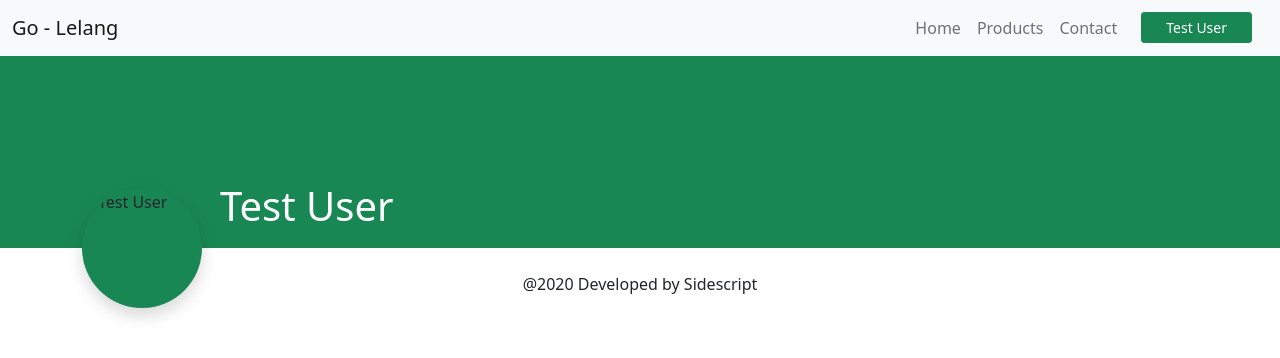
Repository: khulqu15/Go---Lelalng
Page: http://localhost/profile
An editor plug-in stored every save of this project. The page is shown before and after the next save, followed by the edit.
The browser window is 1280 px wide. The pictures show the whole page.
The page is served by the project's Laravel application, run on PHP 8.4 with Laravel 8. A made-up administrator, Test User (test@example.com), is signed in. Other server files are loaded and not shown.

Above is the page before, as saved 2021-02-22 20:23:00.

### routes/web.php
<?php

use App\Http\Controllers\DashboardController;
use App\Http\Controllers\PageController;
use App\Http\Controllers\UserController;
use Illuminate\Support\Facades\Route;

/*
|--------------------------------------------------------------------------
| Web Routes
|--------------------------------------------------------------------------
|
| Here is where you can register web routes for your application. These
| routes are loaded by the RouteServiceProvider within a group which
| contains the "web" middleware group. Now create something great!
|
*/

Route::get('/', [PageController::class, 'home'])->name('home');
Route::get('products', [PageController::class, 'products'])->name('products');
Route::get('product/{id}', [PageController::class, 'product'])->name('product');
Route::get('contact', [PageController::class, 'contact'])->name('contact');
Route::get('login', [PageController::class, 'login'])->name('login');
Route::get('register', [PageController::class, 'register'])->name('register');
Route::post('contact', [UserController::class, 'contactUs'])->name('contact.us');
Route::post('register', [UserController::class, 'register'])->name('register.post');
Route::post('login', [UserController::class, 'login'])->name('login.post');

Route::get('profile', [PageController::class, 'profile'])->name('profile');

Route::group(['middleware' => ['userDashboard']], function() {
    Route::get('dashboard', [DashboardController::class, 'index'])->name('dashboard');
    Route::get('dashboard/product', [DashboardController::class, 'product'])->name('dashboard.product');
    Route::get('dashboard/user', [DashboardController::class, 'user'])->name('dashboard.user');
    Route::get('dashboard/auction', [DashboardController::class, 'auction'])->name('dashboard.auction');
});

### app/Models/User.php
<?php

namespace App\Models;

use Illuminate\Contracts\Auth\MustVerifyEmail;
use Illuminate\Database\Eloquent\Factories\HasFactory;
use Illuminate\Foundation\Auth\User as Authenticatable;
use Illuminate\Notifications\Notifiable;
use Illuminate\Support\Facades\Hash;

class User extends Authenticatable
{
    use HasFactory, Notifiable;

    /**
     * The attributes that are mass assignable.
     *
     * @var array
     */
    protected $fillable = [
        'name',
        'email',
        'password',
    ];

    /**
     * The attributes that should be hidden for arrays.
     *
     * @var array
     */
    protected $hidden = [
        'password',
        'remember_token',
    ];

    /**
     * The attributes that should be cast to native types.
     *
     * @var array
     */
    protected $casts = [
        'email_verified_at' => 'datetime',
    ];

    public function Like()
    {
        return $this->hasMany(Like::class, 'user_id');
    }

    public function Auction()
    {
        return $this->hasMany(Auction::class, 'user_id');
    }

    public function isAdmin()
    {
        if($this->level == 'client') {
            return false;
        } else {
            return true;
        }
    }

    public function setPasswordAttribute($value)
    {
        $this->attributes['password'] = Hash::make($value);
    }
}

### app/Http/Controllers/PageController.php
<?php

namespace App\Http\Controllers;

use App\Models\Category;
use App\Models\Product;
use Illuminate\Http\Request;
use Illuminate\Support\Facades\Auth;

class PageController extends Controller
{
    public function home(Request $request)
    {
        $categories = Category::orderBy('id', 'DESC')->paginate(4);
        $query = Product::query();
        if($request->get('name')) {
            $products = $query->where('name', 'LIKE', '%'.$request->get('name').'%');
        }
        if($request->get('category')) {
            $products = $query->where('category_id', $request->get('category'));
        }
        $products = $query->with('Category')->orderBy('id', 'DESC')->paginate(3);
        return view('welcome', compact('products', 'categories'));
    }

    public function products(Request $request)
    {
        $categories = Category::orderBy('id', 'DESC')->paginate(4);
        $query = Product::query();
        if($request->get('name')) {
            $products = $query->where('name', 'LIKE', '%'.$request->get('name').'%');
        }
        if($request->get('category')) {
            $products = $query->where('category_id', $request->get('category'));
        }
        $products = $query->paginate(3);
        return view('page.products', compact('products', 'categories'));
    }

    public function product($id)
    {
        $product = Product::find($id);
        return view('page.product', compact('product'));
    }

    public function contact()
    {
        return view('page.contact');
    }

    public function login()
    {
        return view('auth.login');
    }

    public function register()
    {
        return view('auth.register');
    }

    public function profile()
    {
        if(Auth::check()) {
            return view('page.profile');
        }
        return redirect()->route('login')->with('error', 'Anda belum login');
    }
}

### resources/views/page/profile.blade.php
@extends('layout.app')

@section('title', Auth::user()->name)

@section('content')
<div class="container-fluid bg-success position-relative pt-5">
    <div class="container position-relative pb-5">
        <div class="row py-5">
            <div class="col-md-12">
                <div class="avatar-profile position-absolute shadow" style="bottom: -60px; width: 120px; height: 120px; border-radius: 120px;">
                    <img src="{{ asset('img/user/'.Auth::user()->avatar) }}" alt="{{ Auth::user()->name }}" class="image-fit-card">
                </div>
                <h1 class="text-white position-absolute" style="bottom: 10px; left: 150px">{{ Auth::user()->name }}</h1>
            </div>
        </div>
    </div>
</div>
@endsection

### resources/views/layout/app.blade.php
<!DOCTYPE html>
<html lang="en">
<head>
    <meta charset="UTF-8">
    <meta name="viewport" content="width=device-width, initial-scale=1.0">
    <meta http-equiv="X-UA-Compatible" content="ie=edge">
    <title>GO - Lelang | @yield('title')</title>

    <script src="{{ mix('css/app.css') }}"></script>
    <link rel="stylesheet" href="{{ asset('css/bootstrap.min.css') }}">
    <link rel="stylesheet" href="{{ asset('css/all.min.css') }}">
    <link rel="stylesheet" href="{{ asset('css/fontawesome.min.css') }}">
    <link rel="stylesheet" href="{{ asset('css/style.css') }}">

    <script src="{{ mix('js/app.js') }}"></script>
    <script src="{{ asset('js/jquery-3.5.1.min.js') }}"></script>
    <script src="{{ asset('js/bootstrap.min.js') }}"></script>
    <script src="{{ asset('js/all.min.js') }}"></script>
    <script src="{{ asset('js/fontawesome.min.js') }}"></script>

</head>
<body>

    @if(\Session::has('success'))
    <div role="alert" class="alert alert-success alert-dismissible show position-fixed alert-respond fade">
        <ul class="mb-0 pb-0">
            <li>{{ \Session::get('success') }}</li>
        </ul>
        <button type="button" class="btn-close" data-bs-dismiss="alert" aria-label="Close"></button>
    </div>
    @endif
    @if(\Session::has('error'))
    <div role="alert" class="alert alert-danger alert-dismissible show position-fixed alert-respond fade">
        <ul class="mb-0 pb-0">
            <li>{{ \Session::get('error') }}</li>
        </ul>
        <button type="button" class="btn-close" data-bs-dismiss="alert" aria-label="Close"></button>
    </div>
    @endif

    <nav class="navbar navbar-expand-lg navbar-light bg-light">
        <div class="container-fluid">
            <a class="navbar-brand" href="{{ route('home') }}">Go - Lelang</a>
            <button class="navbar-toggler" type="button" data-bs-toggle="collapse" data-bs-target="#navbarSupportedContent" aria-controls="navbarSupportedContent" aria-expanded="false" aria-label="Toggle navigation">
                <span class="navbar-toggler-icon"></span>
            </button>
            <div class="collapse navbar-collapse" id="navbarSupportedContent">
                <ul class="navbar-nav ms-auto mb-2 mb-lg-0">
                    <li class="nav-item">
                        <a class="nav-link {{ Request::is('home') ? 'active' : '' }}" aria-current="page" href="{{ route('home') }}">Home</a>
                    </li>
                    <li class="nav-item">
                        <a class="nav-link {{ Request::is('products') ? 'active' : '' }}"" href="{{ route('products') }}">Products</a>
                    </li>
                    <li class="nav-item">
                        <a class="nav-link {{ Request::is('contact') ? 'active' : '' }}"" href="{{ route('contact') }}">Contact</a>
                    </li>
                    <li class="nav-item pt-1 px-3">
                        @if (Auth::check())
                            <button onclick="window.location = '{{ route('profile') }}'" class="btn btn-success btn-sm px-4">{{ Auth::user()->name }}</button>
                        @else
                            <button class="btn btn-success btn-sm px-4" onclick="window.location = '{{ route('login') }}'">Login</button>
                            <button class="btn btn-light btn-sm px-2" onclick="window.location = '{{ route('register') }}'">Register</button>
                        @endif
                    </li>
                </ul>
            </div>
        </div>
    </nav>

    @yield('content')

    <footer class="container-fluid py-4">
        <div class="row">
            <div class="col-md-12 text-center">
                <p class="mb-0">@2020 Developed by Sidescript</p>
            </div>
        </div>
    </footer>
</body>
</html>

### public/css/style.css
body {
    overflow-x: hidden !important;
}
.viga {
    font-family: 'Viga', sans-serif;
}
.bgm-primary {
    background-color: #198754 !important;
}
.bgm-primary-light {
    background-color: #FFCECE !important;
}
.btnm-primary {
    border: none;
    border-radius: 0px !important;
    transition: all .3s ease-in-out;
    background-color: #198754 !important;
    padding: 1rem 2rem;
    color: white;
}
.shadow-smooth {
    box-shadow: 10px 20px 49px -8px rgba(0, 0, 0, 0.08) !important;
}
.page-item.active .page-link {
    background-color: #198754 !important;
    border-color: #198754 !important;
    color: white !important;
}
.page-link {
    color: #198754 !important;
}
.text-right {
    text-align: right !important;
}
.text-left {
    text-align: left !important;
}
.text-sm {
    font-size: .8rem;
}
.text-center {
    text-align: center !important;
}
.cursor-point {
    cursor: pointer;
}
.btnm-primary:hover {
    color: white !important;
    background-color: #c01c1c !important;
}
.btnm-light {
    border: none;
    border-radius: 0px !important;
    transition: all .3s ease-in-out;
    background-color: #f2f2f2 !important;
    padding: 1rem 2rem;
    color: #292929;
}
.btnm-light:hover {
    color: #292929 !important;
    background-color: #c2c2c2 !important;
}
.textm-primary {
    color: #198754 !important;
}
.textm-gray {
    color: gray !important;
}

.input-search-home {
    width: 80%;
    position: absolute;
    left: 10%;
    height: 60px;
    box-shadow: 0px 20px 40px -6px rgba(0, 0, 0, 0.12);
    top: -50px;
    background-color: white;
}
.input-search-home input {
    height: 60px;
}
.input-search-home button,
.input-search-home a {
    position: relative;
    top: -10px;
}
.maxm-height {
    min-height: 70vh;
    max-height: 70vh !important;
    overflow-y: auto !important;
    overflow-x: hidden !important;
}


.card-product {
    width: 100%;
    transition: all .3s ease-in-out;
    height: 370px;
    background-color: white;
}
.card-product:hover {
    box-shadow: 12px 24px 48px rgba(0, 0, 0, 0.09);
}
.card-product .image {
    width: 100%;
    height: 170px;
    background-color: #f36c6c;
    overflow: hidden;
}
.card-product .image img {
    transition: all .3s ease-in-out;
}
.card-product .image:hover img {
    transform: scale(1.1);
    opacity: .6;
}
.card-product .like {
    width: 50px;
    height: 50px;
    border-radius: 50px;
    background-color: #fccece;
    color: #198754;
    position: absolute;
    line-height: 53px;
    text-align: center;
    z-index: 10;
    top: 140px;
    right: 20px;
    transition: all .3s ease-in-out;
}
.card-product .like:hover {
    cursor: pointer;
    background-color: #c01c1c;
    color: #FFCECE;
}
.card-product .liked {
    width: 50px;
    height: 50px;
    border-radius: 50px;
    background-color: #198754;
    color: #fccece;
    position: absolute;
    line-height: 53px;
    text-align: center;
    z-index: 10;
    top: 140px;
    right: 20px;
    transition: all .3s ease-in-out;
}
.card-product .like:hover {
    cursor: pointer;
    color: #c01c1c;
    background-color: #FFCECE;
}
.image-fit-card {
    width: 100%;
    height: 100%;
    object-fit: cover !important;
}
.card-product .line-category {
    display: inline-block;
    width: 20px;
    height: 3px;
    background-color: gray;
}

.bg-hammer-bottom {
    background: url('../img/wallpaper/hammer.png');
    background-attachment: fixed;
    background-position: center;
    background-size: cover;
}

.input-email-footer {
    position: relative;
    width: 100%;
    height: 70px;
    box-shadow: 0px 19px 38px rgba(0, 0, 0, 0.12);
    background-color: white;
}
.input-email-footer input {
    height: 70px;
    width: 100%;
}
.input-email-footer button {
    position: relative;
    top: -8px
}

.menu-footer {
    color: rgba(255, 255, 255, .5);
}
.menu-footer.active,
.menu-footer:hover {
    color: rgba(255, 255, 255, 1);
    cursor: pointer;
    transition: all .4s ease-in-out;
}
.menu-footer .icon {
    position: absolute;
    right: -50px;
    opacity: 0;
    transition: all .2s ease-in-out;
    visibility: hidden;
}
.menu-footer.active .icon,
.menu-footer:hover .icon {
    position: relative;
    opacity: 1;
    right: 0;
    visibility: visible;
}
.menu-footer .menu-title {
    transition: all .2s ease-in-out;
    position: relative;
    font-size: 3rem;
    right: -10px;
}
.menu-footer.active .menu-title,
.menu-footer:hover .menu-title {
    position: relative;
    right: 0px;
}

.icons-footer svg {
    transition: all .2s ease-in-out;
    color: #c2c2c2;
    margin: 0px .8rem;
    font-size: 1.4rem;
}

.icons-footer svg:hover {
    cursor: pointer;
    color: #767676;
}

.navbar {
    transition: all .3s ease-in-out;
    z-index: 100;
}
.burger {
    position: relative;
    top: -5px;
    margin: 10px 0px 0px 0px;
}
.burger div {
    width: 30px;
    height: 2px;
    margin: 7px 0px;
    position: relative;
    background-color: #767676;
    transition: all .3s ease-in-out;
}
.burger.times div:nth-child(1) {
    transform: rotate(45deg);
    top: 5px;
}
.burger.times div:nth-child(2) {
    transform: rotate(-45deg);
    top: -5px;
}

.navbar-fixed {
    position: fixed;
    width: 100%;
    z-index: 50;
    overflow-x: hidden !important;
    overflow-y: auto !important;
    height: 100%;
    top: 0;
    opacity: 1;
    transform: skew(0deg);
    background-color: white;
    visibility: visible;
    right: 0;
    transition: all .5s ease-in;
}
.avatar-sm {
    width: 40px;
    height: 40px;
    border-radius: 40px;
    overflow: hidden;
    display: inline-block;
}
.avatar-md {
    width: 50px;
    height: 50px;
    border-radius: 50px;
    overflow: hidden;
    display: inline-block;
}
.avatar-sm-navbar {
    width: 40px;
    height: 40px;
    border-radius: 40px;
    display: inline-block;
    right: 120px;
    position: absolute;
    z-index: 10;
    overflow: hidden;
    transition: all .3s ease-in-out;
    top: 24px;
    box-sizing: content-box;
}
.avatar-sm-navbar:hover {
    cursor: pointer;
    border: 4px solid gainsboro;
    top: 20px;
    right: 112px;
}
.navbar-fixed.hide {
    transform: skew(10deg) !important;
    opacity: 0 !important;
    right: -100% !important;
    visibility: hidden !important;
}
.menu-navbar {
    color: rgba(44, 44, 44, 0.5);
}
.menu-navbar.active,
.menu-navbar:hover {
    color: rgba(44, 44, 44, 1) !important;
    cursor: pointer;
    transition: all .4s ease-in-out;
}
.menu-navbar .icon {
    position: absolute;
    right: -50px;
    opacity: 0;
    transition: all .2s ease-in-out;
    visibility: hidden;
}
.menu-navbar.active .icon,
.menu-navbar:hover .icon {
    position: relative;
    opacity: 1;
    right: 0;
    visibility: visible;
}
.menu-navbar .menu-title {
    transition: all .2s ease-in-out;
    position: relative;
    font-size: 3rem;
    right: -10px;
}
.menu-navbar.active .menu-title,
.menu-navbar:hover .menu-title {
    position: relative !important;
    right: 0px !important;
}
a {
    text-decoration: none !important;
}
.full-page,
.bg-product {
    width: 100%;
    min-height: 100vh;
    overflow: hidden;
    position: relative;
    background-color: #292929;
}
.full-page {
    background-color: #f36c6c !important;
}
.bg-product img {
    opacity: .8;
}

.avatar-profile {
    width: 80px;
    margin: 0px auto;
    height: 80px;
    display: inline-block;
    border-radius: 80px;
    overflow: hidden !important;
    background-color: #198754;
}
.ellipsis-menu-right {
    top: 0;
    right: 0;
    margin: .7rem;
    font-size: 1.2rem;
}

.card-profile-navbar {
    background-color: white;
    width: 300px;
    position: relative;
    z-index: 100;
}
.card-auction {
    box-shadow: 0px 5px 15px rgba(0, 0, 0, 0.12);
    transition: all .3s ease-in-out;
}
.card-auction:hover {
    box-shadow: 0px 10px 30px rgba(0, 0, 0, 0.1);
}
.alert-respond {
    width: 50%;
    top: 20%;
    z-index: 100;
    left: 25%;
}
@media only screen and (max-width: 760px) {
    .alert-respond {
        z-index: 100;
        top: 20%;
        width: 80%;
        left: 10%;
    }
}

.btn-fab {
    position: fixed;
    right: 25px;
    bottom: 25px;
    z-index: 100;
}

.menu-ellipsis {
    width: 260px;
    overflow: hidden;
    right: 0;
    background-color: white;
    transition: all .3s ease-in-out;
    box-shadow: 0px 10px 20px rgba(0, 0, 0, 0.08);
}
.menu-ellipsis.hide {
    opacity: 0 !important;
    visibility: hidden !important;
    right: -20px !important;
}
.menu-ellipsis .item {
    padding: .7rem 1.4rem;
    transition: all .3s ease-in-out;
    text-align: right !important;
    cursor: pointer;
}
.menu-ellipsis .item:hover {
    background-color: gainsboro;
}

Loaded but not shown: app/Providers/AppServiceProvider.php (common file); app/Http/Controllers/Controller.php (common file); public/mix-manifest.json (common file); public/css/bootstrap.min.css (library); public/css/all.min.css (library); public/css/fontawesome.min.css (library); public/js/app.js (library); public/js/jquery-3.5.1.min.js (library); public/js/bootstrap.min.js (library); public/js/fontawesome.min.js (library); public/css/app.css (empty)

After the next save:
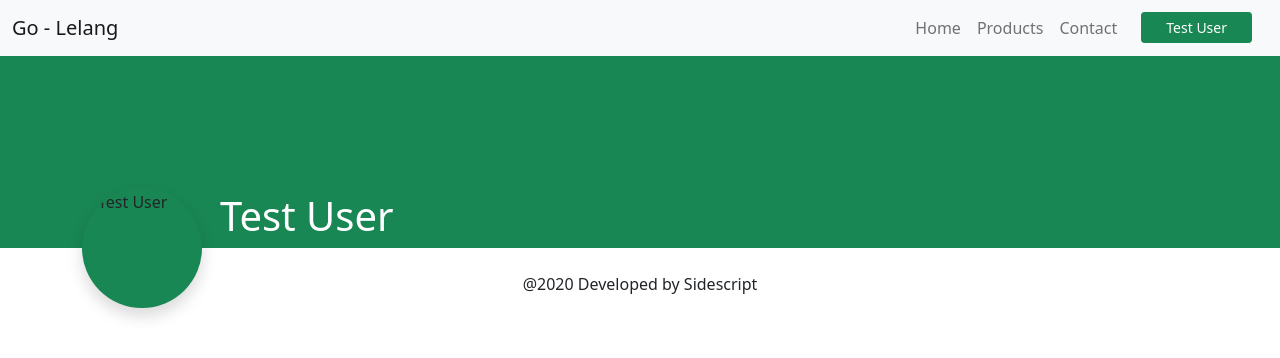
Saved 7 s later.
--- a/resources/views/page/profile.blade.php
+++ b/resources/views/page/profile.blade.php
@@ -10,7 +10,7 @@
                 <div class="avatar-profile position-absolute shadow" style="bottom: -60px; width: 120px; height: 120px; border-radius: 120px;">
                     <img src="{{ asset('img/user/'.Auth::user()->avatar) }}" alt="{{ Auth::user()->name }}" class="image-fit-card">
                 </div>
-                <h1 class="text-white position-absolute" style="bottom: 10px; left: 150px">{{ Auth::user()->name }}</h1>
+                <h1 class="text-white position-absolute" style="bottom: 0px; left: 150px">{{ Auth::user()->name }}</h1>
             </div>
         </div>
     </div>
